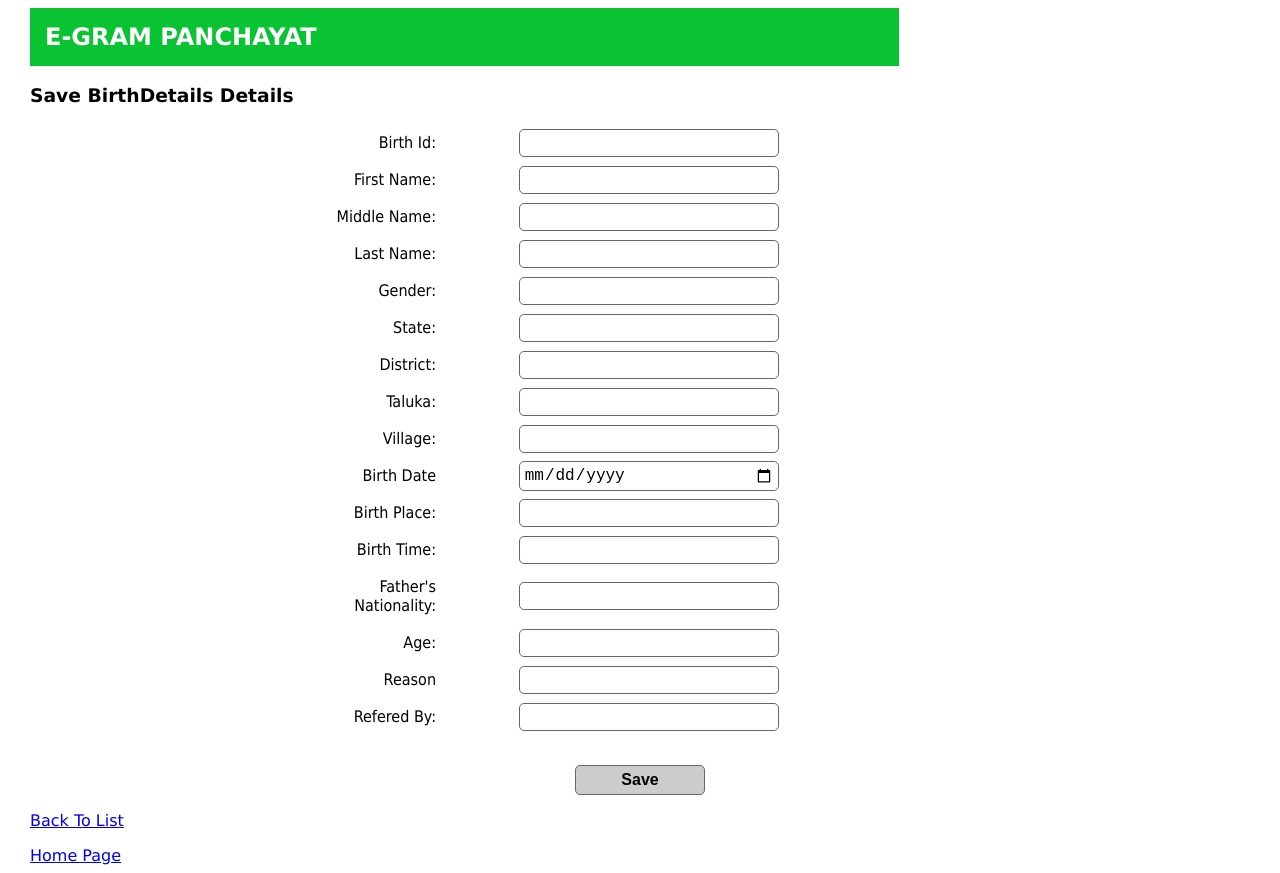
Repository: vsc8791/IMS
Page: http://localhost/epanchayat/WEB-INF/view/deathDetails-form.jsp
An editor plug-in stored every save of this project. The page is shown before and after the next save, followed by the edit.
The browser window is 1280 px wide. The pictures show the whole page.
The page is served by Tomcat 9. Nobody is signed in. Other server files are loaded and not shown. The template is opened directly, without the code that normally fills it, so the values that code supplies are empty.

Above is the page before, as saved 2018-07-30 04:50:49.

### epanchayat/WebContent/WEB-INF/view/deathDetails-form.jsp
 <%@ taglib prefix="form" uri="http://www.springframework.org/tags/form"%>
<!DOCTYPE html>
<html>
<head>

<title>Save BirthDetails</title>
<link type="text/css" rel="stylesheet"
	href="${pageContext.request.contextPath}/resources/css/style.css">

<title>Save BirthDetails</title>
<link type="text/css" rel="stylesheet"
	href="${pageContext.request.contextPath}/resources/css/add-customer-style.css">
</head>
<body>
	<div id="wrapper">
		<div id="header">
			<h2>E-GRAM PANCHAYAT</h2>
		</div>
	</div>
	<div>
		<h3>Save BirthDetails Details</h3>
		<form:form action="saveDeathDetails" modelAttribute="deathDetails"
			method="POST">
			<!-- need to associate this data with BirthDetails Id -->
			<form:hidden path="id"/>

			<table align="center">
				<tbody>
										<tr>
						<td><label>Birth Id:</label></td>
						<td><form:input path="deathid" /></td>
					</tr>
					<tr>
						<td><label>First Name:</label></td>
						<td><form:input path="firstname" /></td>
					</tr>
					<tr>
						<td><label>Middle Name:</label></td>
						<td><form:input path="middlename"/></td>
					</tr>
					<tr>
						<td><label>Last Name:</label></td>
						<td><form:input path="lastname" /></td>
					</tr>
					<tr>
						<td><label>Gender:</label></td>
						<td><form:input path="gender" /></td>
					</tr>
					<tr>
						<td><label>State:</label></td>
						<td><form:input path="state"/></td>
					</tr>
					<tr>
						<td><label>District:</label></td>
						<td><form:input path="district"  /></td>
					</tr>
					<tr>
						<td><label>Taluka:</label></td>
						<td><form:input path="taluka"/></td>
					</tr>
					<tr>
						<td><label>Village:</label></td>
						<td><form:input path="village"/></td>
					</tr>
					<tr>
						<td><label>Birth Date</label></td>
						<td><form:input path="deathdate" type="date"/></td>
					</tr>
					<tr>
						<td><label>Birth Place:</label></td>
						<td><form:input path="deathplace"/></td>
					</tr>
					<tr>
						<td><label>Birth Time:</label></td>
						<td><form:input path="deathtime"/></td>
					</tr>

					<tr>
						<td><label>Father's Nationality:</label></td>
						<td><form:input path="nationality"/></td>
					</tr>

					<tr>
						<td><label> Age:</label></td>
						<td><form:input path="deathage" type="number"/></td>
					</tr>




					<tr>
						<td><label>Reason</label></td>
						<td><form:input path="deathreason" /></td>
					</tr>
					<tr>
						<td><label>Refered By:</label></td>
						<td><form:input path="referedby"/></td>
					</tr>
				</tbody>

			</table>
			<center><input  type="submit" value="Save" class="save" /></center>
		</form:form>
		<!--  <center><input  type="submit" value="Save" class="save"/> </center> -->
		<div style="clear;both;"></div>
		<p><a href="${pageContext.request.contextPath}/deathDetails/list">Back To List</a></p>
			<a href="http://localhost:8082/epanchayat/">Home Page</a>
	</div>

</body>


</html>

### epanchayat/WebContent/resources/css/style.css
html, body{
	margin-left:15px; margin-right:15px;
	padding:0px;
	font-family:Verdana, Arial, Helvetica, sans-serif;
}

table {
	border-collapse:collapse;
	border-bottom:1px solid gray;
	font-family: Tahoma,Verdana,Segoe,sans-serif;
	width:72%;
}

th {
	border-bottom:1px solid gray;
	background:none repeat scroll 0 0 #ca0702;
	padding:10px;
	color: #FFFFFF;
}

tr {
	border-top:1px solid gray;
	text-align:center;
}

tr:nth-child(even) {background: #FFFFFF}
tr:nth-child(odd) {background: #BBBBBB}

#wrapper {width: 100%; margin-top: 0px; }
#header {width: 70%; background:#09c332; margin-top: 0px; padding:15px 0px 15px 15px;}
#header h2 {width: 100%; margin:auto; color: #FFFFFF;}
#container {width: 100%; margin:auto}
#container h3 {color: #000;}
#container #content {margin-top: 20px;}

.add-button {
	border: 1px solid #666;
	border-radius: 5px;
	padding: 4px;
	font-size: 12px;
	font-weight: bold;
	width: 120px;
	padding: 5px 10px;

	margin-bottom: 15px;
	background: #cccccc;
}

Loaded but not shown: epanchayat/WebContent/resources/css/add-customer-style.css (common file)

After the next save:
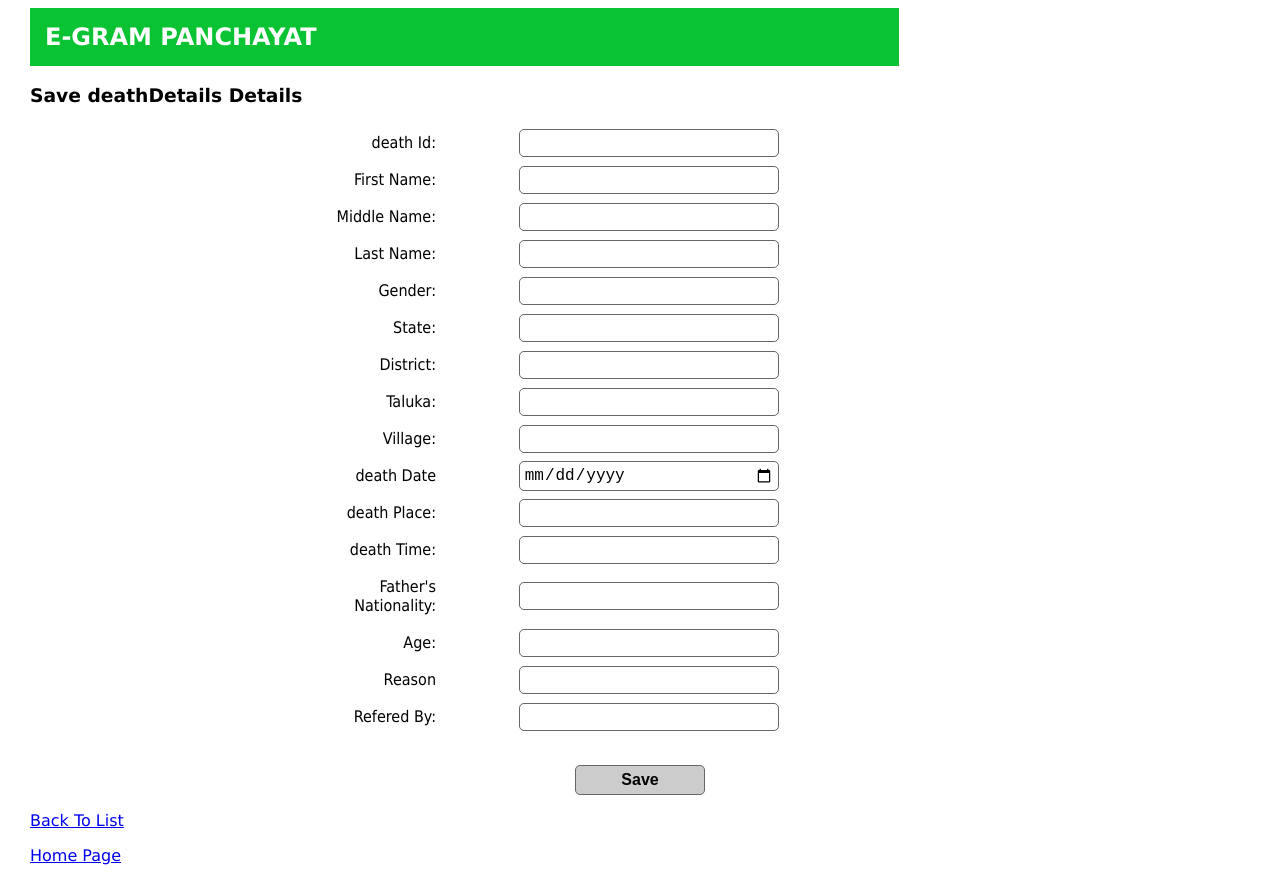
Saved 74 s later.
--- a/epanchayat/WebContent/WEB-INF/view/deathDetails-form.jsp
+++ b/epanchayat/WebContent/WEB-INF/view/deathDetails-form.jsp
@@ -3,11 +3,11 @@
 <html>
 <head>
 
-<title>Save BirthDetails</title>
+<title>Save deathDetails</title>
 <link type="text/css" rel="stylesheet"
 	href="${pageContext.request.contextPath}/resources/css/style.css">
 
-<title>Save BirthDetails</title>
+<title>Save deathDetails</title>
 <link type="text/css" rel="stylesheet"
 	href="${pageContext.request.contextPath}/resources/css/add-customer-style.css">
 </head>
@@ -18,16 +18,16 @@
 		</div>
 	</div>
 	<div>
-		<h3>Save BirthDetails Details</h3>
+		<h3>Save deathDetails Details</h3>
 		<form:form action="saveDeathDetails" modelAttribute="deathDetails"
 			method="POST">
-			<!-- need to associate this data with BirthDetails Id -->
+			<!-- need to associate this data with deathDetails Id -->
 			<form:hidden path="id"/>
 
 			<table align="center">
 				<tbody>
 										<tr>
-						<td><label>Birth Id:</label></td>
+						<td><label>death Id:</label></td>
 						<td><form:input path="deathid" /></td>
 					</tr>
 					<tr>
@@ -63,15 +63,15 @@
 						<td><form:input path="village"/></td>
 					</tr>
 					<tr>
-						<td><label>Birth Date</label></td>
+						<td><label>death Date</label></td>
 						<td><form:input path="deathdate" type="date"/></td>
 					</tr>
 					<tr>
-						<td><label>Birth Place:</label></td>
+						<td><label>death Place:</label></td>
 						<td><form:input path="deathplace"/></td>
 					</tr>
 					<tr>
-						<td><label>Birth Time:</label></td>
+						<td><label>death Time:</label></td>
 						<td><form:input path="deathtime"/></td>
 					</tr>
 
